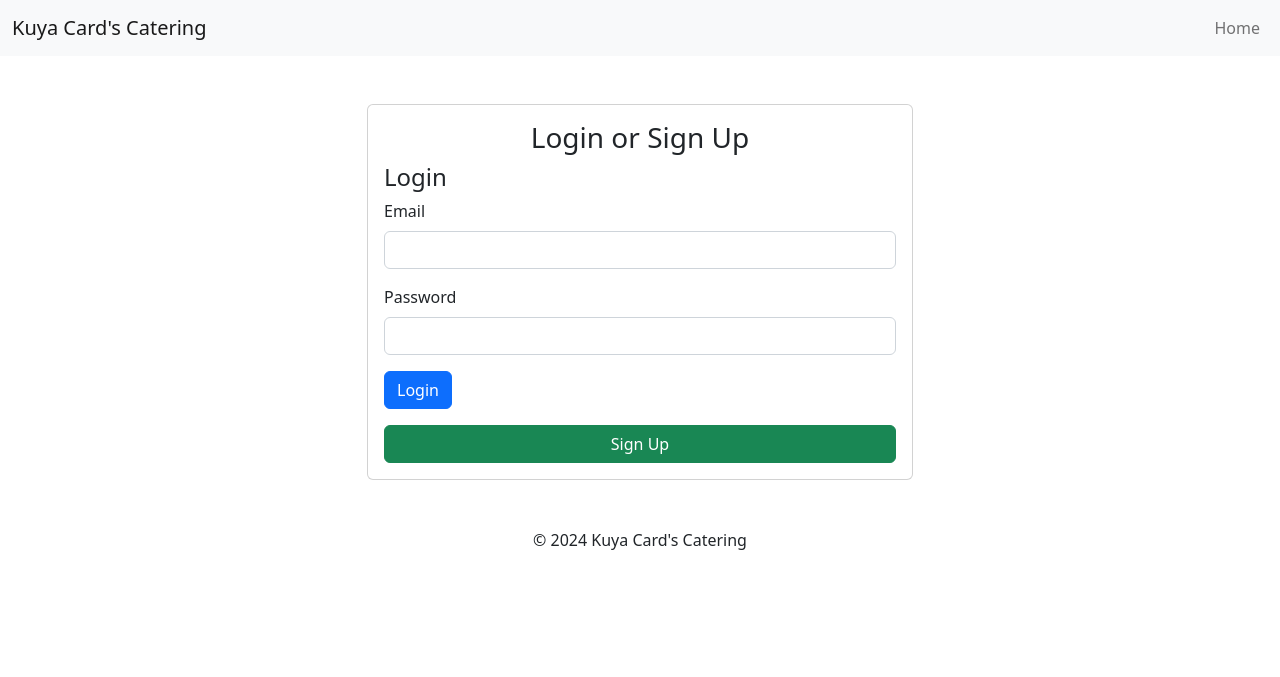
Repository: banbanny/kuyacards_catering
Page: http://localhost/
The author's editor kept a copy of each file at every save. The page is drawn from the files as they stood at one save, then again after the next save.
The browser window is 1280 px wide. The pictures show the whole page.
The page is run by PHP 8.4 with error messages shown; the project is at /var/www/html/.

Above is the page before, as saved 2024-11-29 12:23:57.

After the next save:
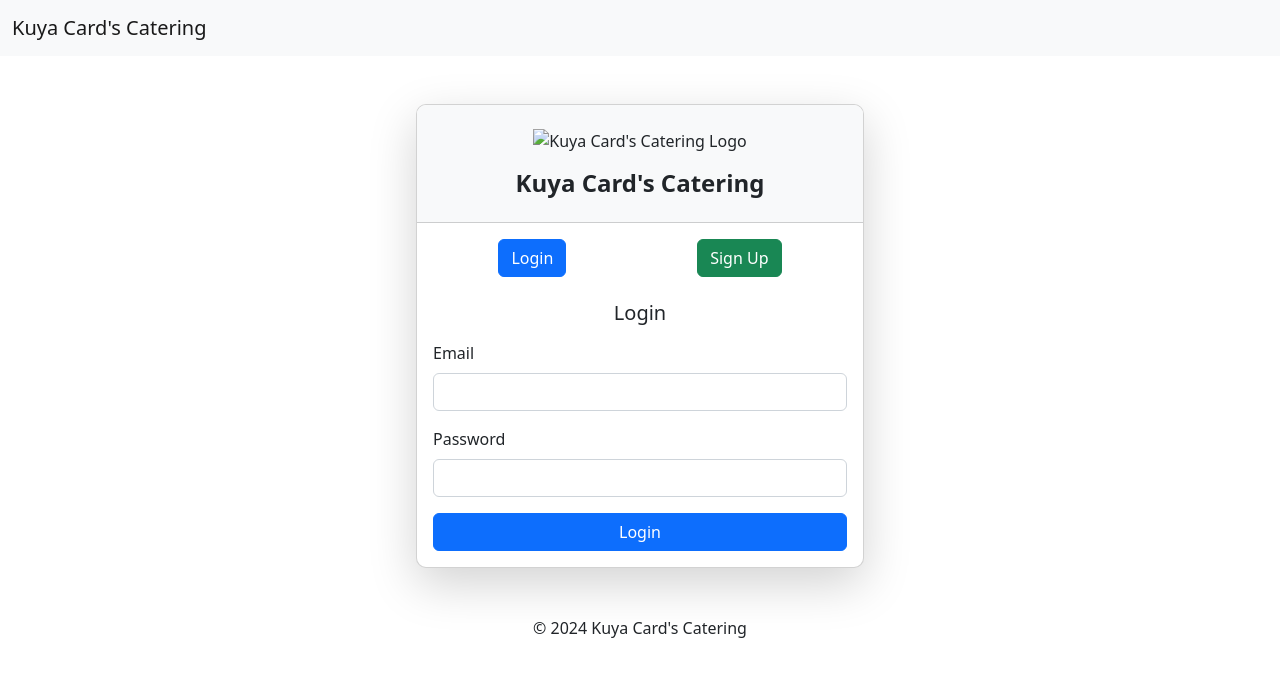
Console error: SyntaxError: Identifier 'loginForm' has already been declared
Not found: logo.png
Saved 5 min 28 s later.
--- a/index.php
+++ b/index.php
@@ -100,66 +100,77 @@
 <nav class="navbar navbar-expand-lg navbar-light bg-light">
     <div class="container-fluid">
         <a class="navbar-brand" href="#">Kuya Card's Catering</a>
-        <ul class="navbar-nav">
-            <li class="nav-item">
-                <a class="nav-link" href="index.php">Home</a>
-            </li>
-        </ul>
     </div>
 </nav>
 
-<div class="container mt-5">
-    <div class="row justify-content-center">
-        <div class="col-md-6">
-            <div class="card">
-                <div class="card-body">
-                    <h3 class="text-center">Login or Sign Up</h3>
-
-                    <!-- Display Success Message if Signup is successful -->
-                    <?php if (isset($_GET['signup']) && $_GET['signup'] == 'success') { ?>
-                        <div class="alert alert-success">Signup successful! Please log in.</div>
-                    <?php } ?>
-
-                    <!-- Login Form -->
-                    <form id="loginForm" class="form-container active" action="home.php" method="POST">
-                        <h4>Login</h4>
-                        <div class="mb-3">
-                            <label for="login-email" class="form-label">Email</label>
-                            <input type="email" class="form-control" id="login-email" name="email" required />
-                        </div>
-                        <div class="mb-3">
-                            <label for="login-password" class="form-label">Password</label>
-                            <input type="password" class="form-control" id="login-password" name="password" required />
-                        </div>
-                        <?php if (isset($login_error)) { echo '<div class="alert alert-danger">' . $login_error . '</div>'; } ?>
-                        <button type="submit" class="btn btn-primary mb-3" name="login">Login</button>
-
-                        <!-- Sign Up Button -->
-                        <button type="button" id="showSignup" class="btn btn-success w-100">Sign Up</button>
-                    </form>
-
-                    <!-- Sign Up Form -->
-                    <form id="signupForm" class="form-container" action="home.php" method="POST">
-                        <h4>Sign Up</h4>
-                        <div class="mb-3">
-                            <label for="signup-email" class="form-label">Email</label>
-                            <input type="email" class="form-control" id="signup-email" name="email" required />
-                        </div>
-                        <div class="mb-3">
-                            <label for="signup-password" class="form-label">Password</label>
-                            <input type="password" class="form-control" id="signup-password" name="password" required />
-                        </div>
-                        <button type="submit" class="btn btn-success" name="signup">Sign Up</button>
-
-                        <!-- Back to Login Button -->
-                        <button type="button" id="showLogin" class="btn btn-primary w-100 mt-3">Back to Login</button>
-                    </form>
-
-                </div>
+<div class="container mt-5 d-flex justify-content-center">
+    <div class="card shadow-lg" style="width: 28rem; border-radius: 10px; overflow: hidden;">
+        <div class="card-header text-center bg-light">
+            <!-- Logo -->
+            <img src="logo.png" alt="Kuya Card's Catering Logo" class="img-fluid my-3" style="height: 80px;">
+            <!-- Company Name -->
+            <h4 class="fw-bold mb-3">Kuya Card's Catering</h4>
+        </div>
+
+        <div class="card-body">
+            <!-- Buttons for Login and Sign Up -->
+            <div class="d-flex justify-content-around mb-4">
+                <button class="btn btn-primary" id="showLogin">Login</button>
+                <button class="btn btn-success" id="showSignup">Sign Up</button>
             </div>
+
+            <!-- Login Form -->
+            <form id="loginForm" class="form-container active" action="home.php" method="POST">
+                <h5 class="text-center mb-3">Login</h5>
+                <div class="mb-3">
+                    <label for="login-email" class="form-label">Email</label>
+                    <input type="email" class="form-control" id="login-email" name="email" required />
+                </div>
+                <div class="mb-3">
+                    <label for="login-password" class="form-label">Password</label>
+                    <input type="password" class="form-control" id="login-password" name="password" required />
+                </div>
+                <?php if (isset($login_error)) {
+                    echo '<div class="alert alert-danger">' . $login_error . '</div>';
+                } ?>
+                <button type="submit" class="btn btn-primary w-100" name="login">Login</button>
+            </form>
+
+            <!-- Sign Up Form -->
+            <form id="signupForm" class="form-container d-none" action="home.php" method="POST">
+                <h5 class="text-center mb-3">Sign Up</h5>
+                <div class="mb-3">
+                    <label for="signup-email" class="form-label">Email</label>
+                    <input type="email" class="form-control" id="signup-email" name="email" required />
+                </div>
+                <div class="mb-3">
+                    <label for="signup-password" class="form-label">Password</label>
+                    <input type="password" class="form-control" id="signup-password" name="password" required />
+                </div>
+                <button type="submit" class="btn btn-success w-100" name="signup">Sign Up</button>
+            </form>
         </div>
     </div>
 </div>
+
+<!-- JavaScript to Toggle Forms -->
+<script>
+    const loginForm = document.getElementById('loginForm');
+    const signupForm = document.getElementById('signupForm');
+    const showLogin = document.getElementById('showLogin');
+    const showSignup = document.getElementById('showSignup');
+
+    showLogin.addEventListener('click', () => {
+        loginForm.classList.remove('d-none');
+        signupForm.classList.add('d-none');
+    });
+
+    showSignup.addEventListener('click', () => {
+        signupForm.classList.remove('d-none');
+        loginForm.classList.add('d-none');
+    });
+</script>
+
 
 <!-- Footer -->
 <footer class="text-center mt-5">

After the save that followed:
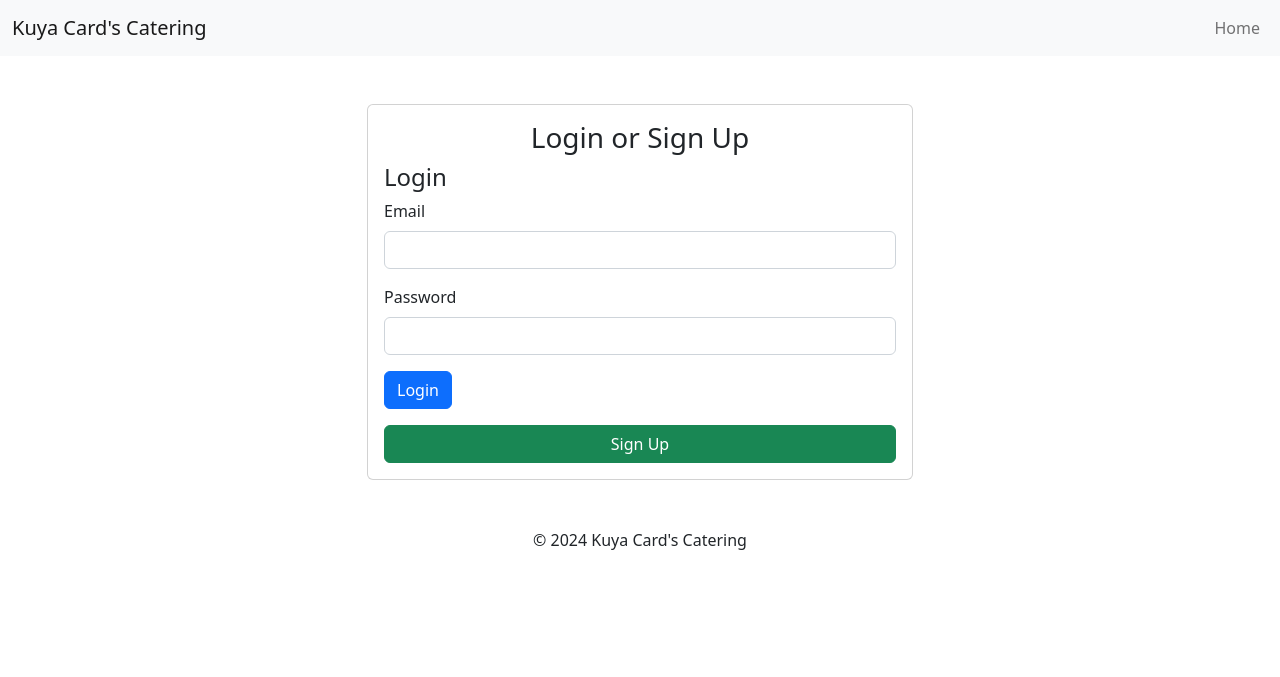
The error is gone.
Saved 21 s later.
--- a/index.php
+++ b/index.php
@@ -100,77 +100,66 @@
 <nav class="navbar navbar-expand-lg navbar-light bg-light">
     <div class="container-fluid">
         <a class="navbar-brand" href="#">Kuya Card's Catering</a>
+        <ul class="navbar-nav">
+            <li class="nav-item">
+                <a class="nav-link" href="index.php">Home</a>
+            </li>
+        </ul>
     </div>
 </nav>
 
-<div class="container mt-5 d-flex justify-content-center">
-    <div class="card shadow-lg" style="width: 28rem; border-radius: 10px; overflow: hidden;">
-        <div class="card-header text-center bg-light">
-            <!-- Logo -->
-            <img src="logo.png" alt="Kuya Card's Catering Logo" class="img-fluid my-3" style="height: 80px;">
-            <!-- Company Name -->
-            <h4 class="fw-bold mb-3">Kuya Card's Catering</h4>
-        </div>
+<div class="container mt-5">
+    <div class="row justify-content-center">
+        <div class="col-md-6">
+            <div class="card">
+                <div class="card-body">
+                    <h3 class="text-center">Login or Sign Up</h3>
 
-        <div class="card-body">
-            <!-- Buttons for Login and Sign Up -->
-            <div class="d-flex justify-content-around mb-4">
-                <button class="btn btn-primary" id="showLogin">Login</button>
-                <button class="btn btn-success" id="showSignup">Sign Up</button>
+                    <!-- Display Success Message if Signup is successful -->
+                    <?php if (isset($_GET['signup']) && $_GET['signup'] == 'success') { ?>
+                        <div class="alert alert-success">Signup successful! Please log in.</div>
+                    <?php } ?>
+
+                    <!-- Login Form -->
+                    <form id="loginForm" class="form-container active" action="home.php" method="POST">
+                        <h4>Login</h4>
+                        <div class="mb-3">
+                            <label for="login-email" class="form-label">Email</label>
+                            <input type="email" class="form-control" id="login-email" name="email" required />
+                        </div>
+                        <div class="mb-3">
+                            <label for="login-password" class="form-label">Password</label>
+                            <input type="password" class="form-control" id="login-password" name="password" required />
+                        </div>
+                        <?php if (isset($login_error)) { echo '<div class="alert alert-danger">' . $login_error . '</div>'; } ?>
+                        <button type="submit" class="btn btn-primary mb-3" name="login">Login</button>
+
+                        <!-- Sign Up Button -->
+                        <button type="button" id="showSignup" class="btn btn-success w-100">Sign Up</button>
+                    </form>
+
+                    <!-- Sign Up Form -->
+                    <form id="signupForm" class="form-container" action="home.php" method="POST">
+                        <h4>Sign Up</h4>
+                        <div class="mb-3">
+                            <label for="signup-email" class="form-label">Email</label>
+                            <input type="email" class="form-control" id="signup-email" name="email" required />
+                        </div>
+                        <div class="mb-3">
+                            <label for="signup-password" class="form-label">Password</label>
+                            <input type="password" class="form-control" id="signup-password" name="password" required />
+                        </div>
+                        <button type="submit" class="btn btn-success" name="signup">Sign Up</button>
+
+                        <!-- Back to Login Button -->
+                        <button type="button" id="showLogin" class="btn btn-primary w-100 mt-3">Back to Login</button>
+                    </form>
+
+                </div>
             </div>
-
-            <!-- Login Form -->
-            <form id="loginForm" class="form-container active" action="home.php" method="POST">
-                <h5 class="text-center mb-3">Login</h5>
-                <div class="mb-3">
-                    <label for="login-email" class="form-label">Email</label>
-                    <input type="email" class="form-control" id="login-email" name="email" required />
-                </div>
-                <div class="mb-3">
-                    <label for="login-password" class="form-label">Password</label>
-                    <input type="password" class="form-control" id="login-password" name="password" required />
-                </div>
-                <?php if (isset($login_error)) {
-                    echo '<div class="alert alert-danger">' . $login_error . '</div>';
-                } ?>
-                <button type="submit" class="btn btn-primary w-100" name="login">Login</button>
-            </form>
-
-            <!-- Sign Up Form -->
-            <form id="signupForm" class="form-container d-none" action="home.php" method="POST">
-                <h5 class="text-center mb-3">Sign Up</h5>
-                <div class="mb-3">
-                    <label for="signup-email" class="form-label">Email</label>
-                    <input type="email" class="form-control" id="signup-email" name="email" required />
-                </div>
-                <div class="mb-3">
-                    <label for="signup-password" class="form-label">Password</label>
-                    <input type="password" class="form-control" id="signup-password" name="password" required />
-                </div>
-                <button type="submit" class="btn btn-success w-100" name="signup">Sign Up</button>
-            </form>
         </div>
     </div>
 </div>
-
-<!-- JavaScript to Toggle Forms -->
-<script>
-    const loginForm = document.getElementById('loginForm');
-    const signupForm = document.getElementById('signupForm');
-    const showLogin = document.getElementById('showLogin');
-    const showSignup = document.getElementById('showSignup');
-
-    showLogin.addEventListener('click', () => {
-        loginForm.classList.remove('d-none');
-        signupForm.classList.add('d-none');
-    });
-
-    showSignup.addEventListener('click', () => {
-        signupForm.classList.remove('d-none');
-        loginForm.classList.add('d-none');
-    });
-</script>
-
 
 <!-- Footer -->
 <footer class="text-center mt-5">
